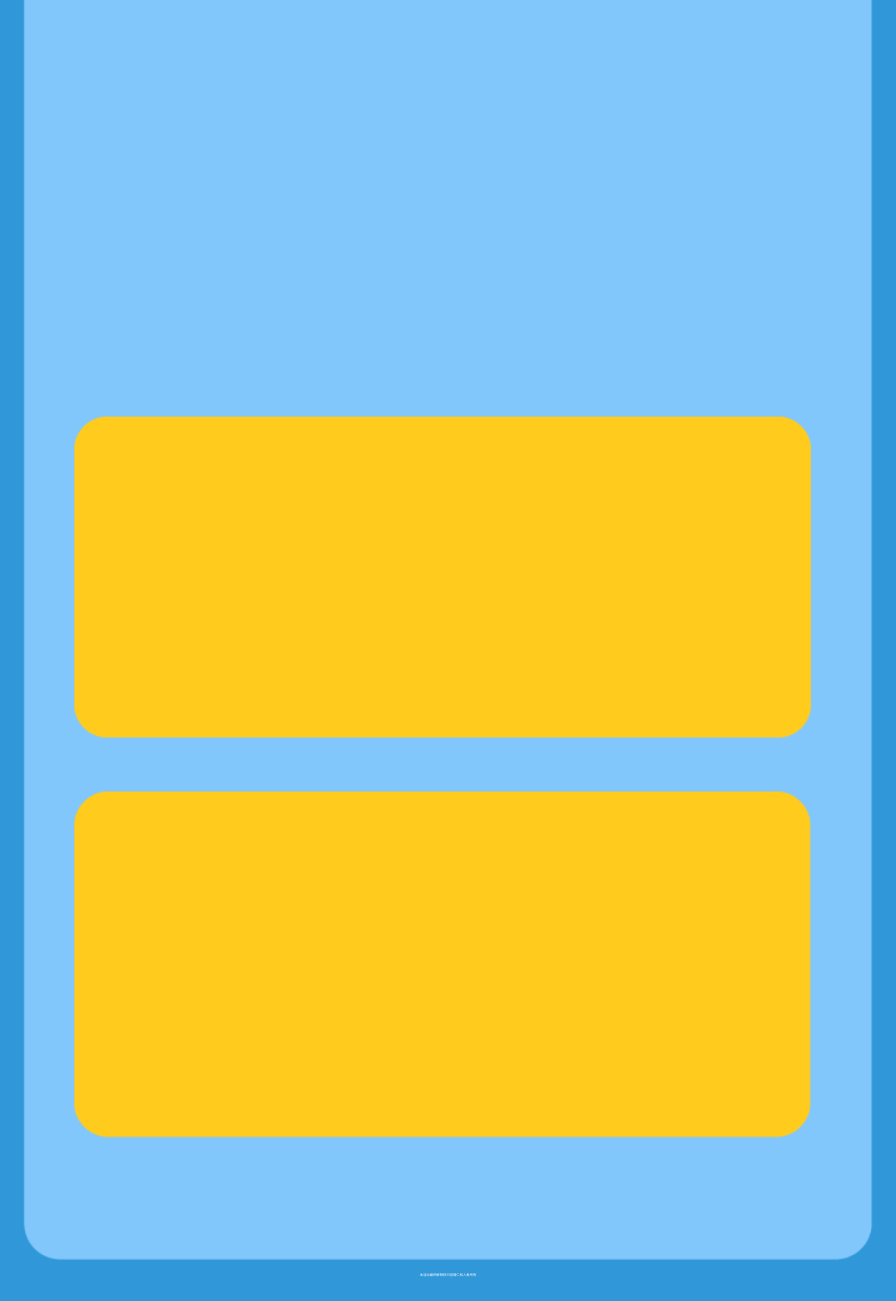
Repository: my-name-jun/enforceTraining
Page: zqtjfl/index.html
The author's editor kept a copy of each file at every save. The page is drawn from the files as they stood at one save, then again after the next save.
The browser window is 1280 px wide. The pictures show the part of the page from y = 750 to 2670 px (the page is 2608 px tall before and 2670 px after), at 70% of full size.
The page's requests for data from a server got no answer.

Above is the page before, as saved 2018-09-19 14:16:12.

After the next save:
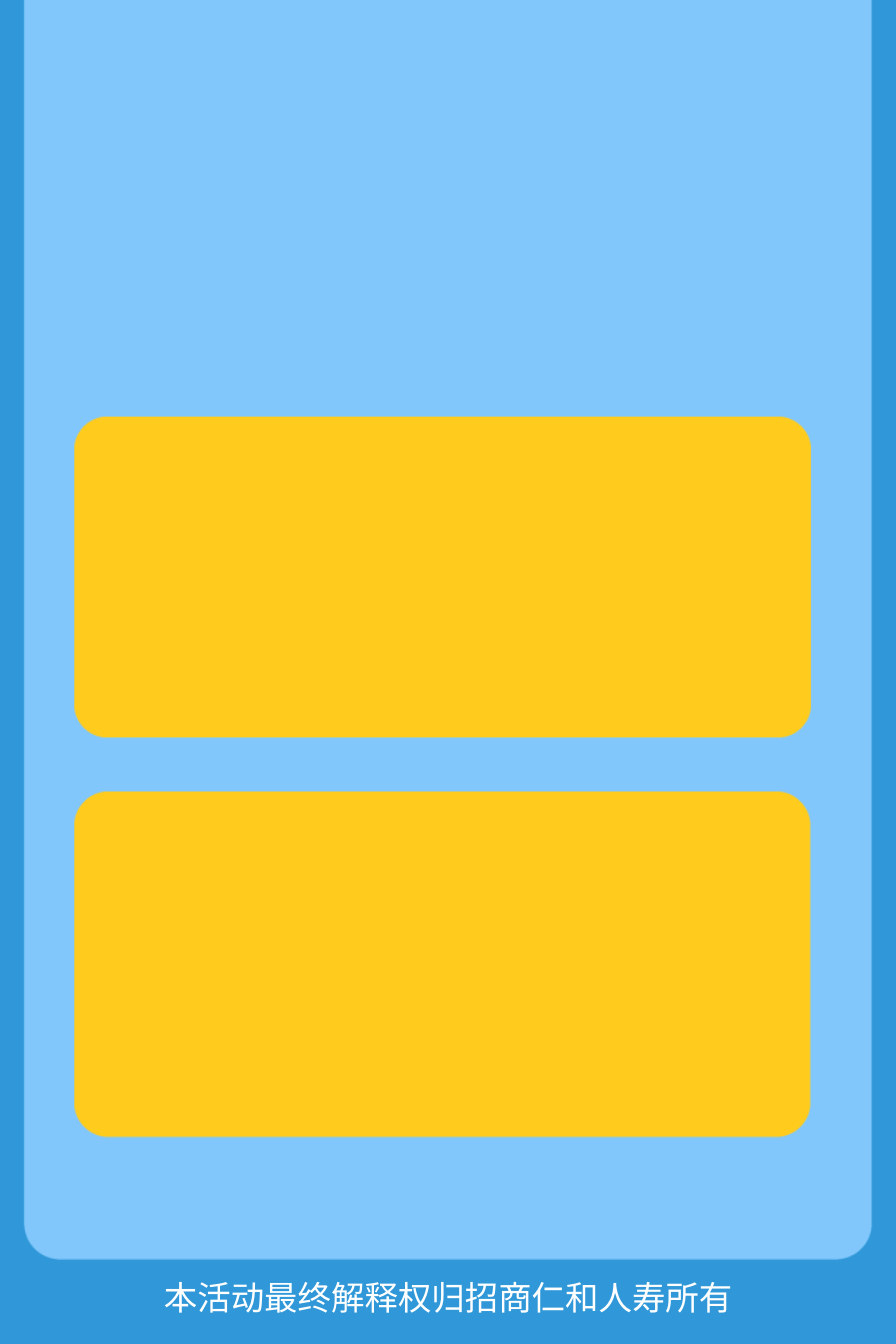
Saved 8 s later.
--- a/zqtjfl/index.html
+++ b/zqtjfl/index.html
@@ -11,8 +11,8 @@
     <title>中秋体检福利</title>
     <link rel="stylesheet" href="./css/index.css" />
     <script type="text/javascript">
-        document.documentElement.style.fontSize = document.documentElement.clientWidth / 375 + 'px';
-        console.log(document.documentElement.clientWidth / 375 + 'px')
+        document.documentElement.style.fontSize = document.documentElement.clientWidth / 37.5 + 'px';
+        console.log(document.documentElement.clientWidth / 37.5 + 'px')
     </script>
 
 </head>
